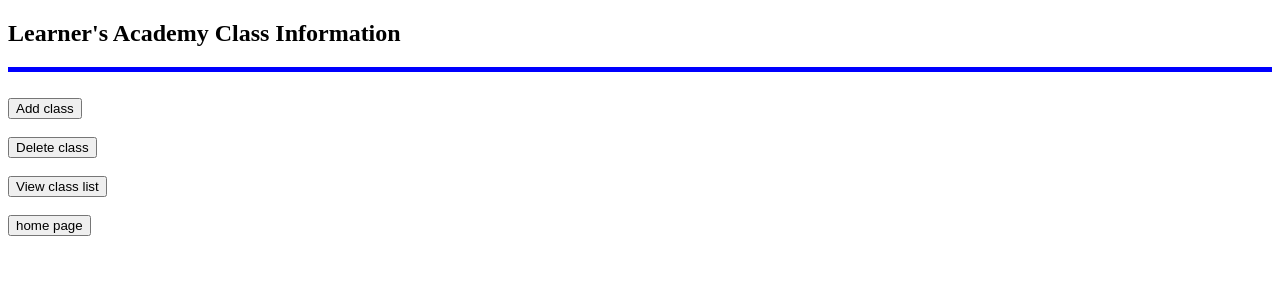
Repository: anithagnana123/Simplilearn_Phase2_project
Page: phase2-project/src/main/webapp/subject.html
These files come from the project's save history. The page is drawn as it stood at one moment and after the next save; the edit follows.
The browser window is 1280 px wide. The pictures show the whole page.

Above is the page before, as saved 2022-10-24 07:43:41.

### phase2-project/src/main/webapp/subject.html
<!DOCTYPE html>
<html>
<head>
<meta charset="ISO-8859-1">
<title>learners-academy-sub-info</title>
</head>
<body>
<h2>Learner's Academy Class Information</h2>
<hr color="blue" size ="5"/>

<form method="get" action="/phase2-project/addclass">
    <br> <input type='submit' value='Add class'/>
</form>

<form method="get" action="/phase2-project/deleteclass">
    <br> <input type='submit' value='Delete class'/>
</form>

<form method="get" action="/phase2-project/viewclass.jsp">
    <br> <input type='submit' value='View class list'/>
    <br> <input type='hidden' name='operation' value='viewclass'/>
</form>

<form method="get" action="/phase2-project/welcome">
    <br> <input type='submit' value='home page'/>
</form>

</body>
</html>

After the next save:
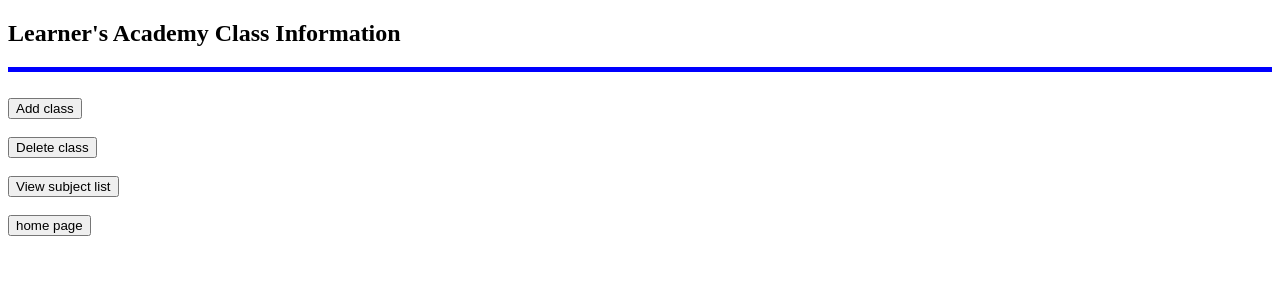
Saved 88 s later.
--- a/phase2-project/src/main/webapp/subject.html
+++ b/phase2-project/src/main/webapp/subject.html
@@ -8,17 +8,17 @@
 <h2>Learner's Academy Class Information</h2>
 <hr color="blue" size ="5"/>
 
-<form method="get" action="/phase2-project/addclass">
+<form method="get" action="/phase2-project/addsubject">
     <br> <input type='submit' value='Add class'/>
 </form>
 
-<form method="get" action="/phase2-project/deleteclass">
+<form method="get" action="/phase2-project/deletesubject">
     <br> <input type='submit' value='Delete class'/>
 </form>
 
-<form method="get" action="/phase2-project/viewclass.jsp">
-    <br> <input type='submit' value='View class list'/>
-    <br> <input type='hidden' name='operation' value='viewclass'/>
+<form method="get" action="/phase2-project/viewsubject.jsp">
+    <br> <input type='submit' value='View subject list'/>
+    <br> <input type='hidden' name='operation' value='viewsubject'/>
 </form>
 
 <form method="get" action="/phase2-project/welcome">
